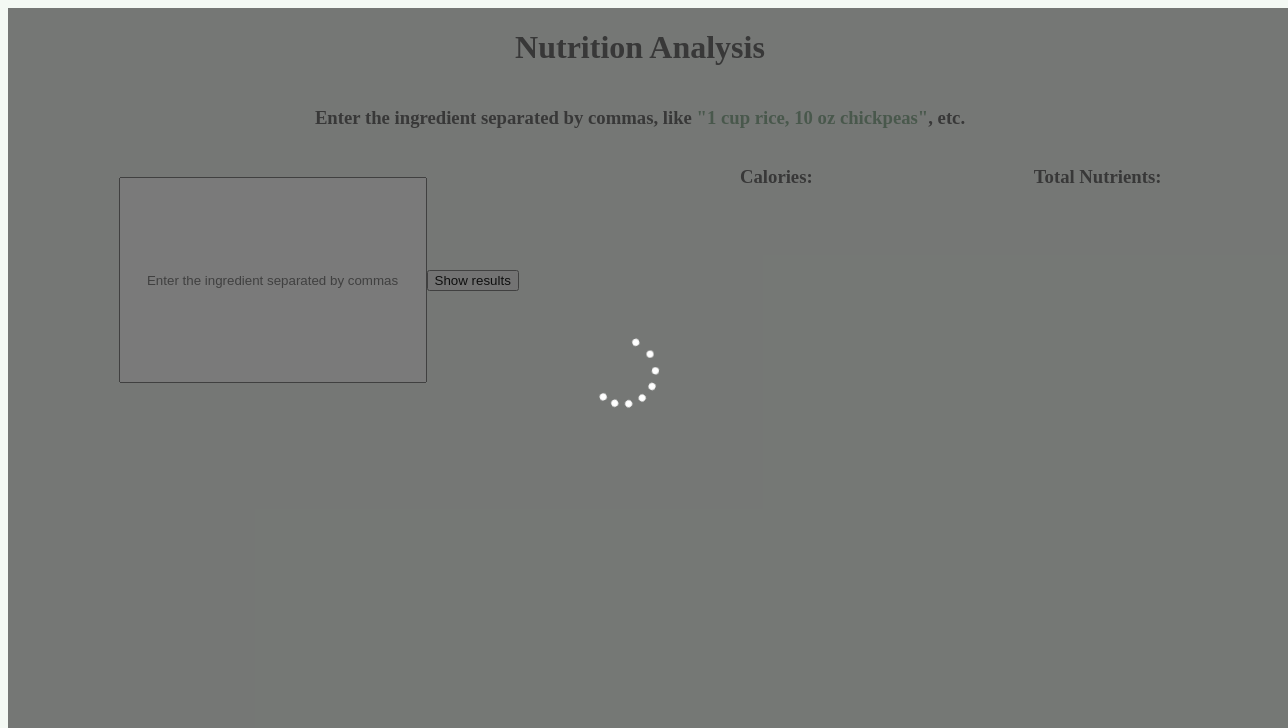
Repository: asya-aisa/nutrition-app
Page: /
The author's editor kept a copy of each file at every save. The page is drawn from the files as they stood at one save, then again after the next save.
The browser window is 1280 px wide. The page is 1288 px wide, so the pictures cover 1288 px, including what lies to the right of the window. The pictures show the whole page.
The page's requests for data from a server got no answer. The project was rebuilt for these pictures with package versions that can differ from the ones it lists, and the page was loaded fresh each time. No one was signed in, and anything a server would have sent is missing. Also part of the build but not shown: src/MyComponent.js.

Above is the page before, as saved 2023-09-25 20:57:51.

### src/App.js

import { useEffect, useState } from 'react';
import './App.css';
import MyComponent from './MyComponent';
import LoaderPage from './Loader/LoaderPage';

function App() {

  const [userText, setUserText] = useState({
    ingr: ["1 apple", "2 banana"]
  })

  const [bodyText, setBodyText] = useState({ingr: ["1 apple", "2 banana"]})
  const [nutrientsArray, setNutrientsArray] = useState([])
  const [caloriesState, setCaloriesState] = useState('')

  const [stateLoader, setStateLoader] = useState(false)

  useEffect(() => {
    const getNutrients = async () => {
      setStateLoader(true)

      const response = await fetch('https://api.edamam.com/api/nutrition-details?app_id=bce19124&app_key=%20d13039e09e0cad1255cc69b09c620945%09', {
        method: 'POST',
        headers: {
          'Content-Type': 'application/json;charset=utf-8'
        },
        body: JSON.stringify(bodyText)
      })
      const data = await response.json()
      setCaloriesState(data.calories)

      let nutrients = data.totalNutrients

      if(nutrients === undefined || nutrients === null) {
        alert('error')
        setStateLoader(false)
      }
      else{setNutrientsArray(Object.values(data.totalNutrients))
        setStateLoader(false)
      }
    }
    getNutrients()
  }, [bodyText])

  const handleInput = (e) => {
    setUserText({ingr: e.target.value.split(',')})
  }

  const changeBody = (e) => {
    e.preventDefault()
    setBodyText(userText)
  }

  return (<div>
{stateLoader && <LoaderPage />}
        <div className='cont'>
          <h1>Nutrition Analysis</h1>
        </div>

        <div className='cont'>
          <h3>Enter the ingredient separated by commas, like <span>"1 cup rice, 10 oz chickpeas"</span>, etc.</h3>
        </div>
      <div className="App">
      <form>
        <input type='text' onChange={handleInput} placeholder='Enter the ingredient separated by commas' />
        <button onClick={changeBody}>Show results</button>
      </form>
      <h3>Calories: {caloriesState}</h3>

      <div>
        <h3>Total Nutrients:</h3>
        {nutrientsArray.map((elem, index) => (
        <MyComponent
        key={index}
        label={elem.label}
        quantity={elem.quantity.toFixed()}
        unit={elem.unit}/>

        ))}

      </div>

    </div>
    </div>);
}

export default App;

### src/App.css
body {
  background-color: #F4F9F4;
  color: #616161;
}
.App {
  display: flex;
  justify-content: space-around;
}
ul, li {
  list-style: none;
  margin: 3px;
  padding: 0px;
}
input {
  margin-top: 30px;
  width: 300px;
  height: 200px;
}
.cont {
  display: flex;
  justify-content: center;
}
input::placeholder {
  text-align: center;
}
span {
  color: #8AAE92;
}

### src/Loader/LoaderPage.js
import './style.css';
import Loader from "./Loader"

const LoaderPage = () => {
    return(<div className="container_loader">
        <Loader />
    </div>)
}
export default LoaderPage;

### src/Loader/style.css
.container_loader {
    position: absolute;
    width: 100%;
    height: 100%;
    background-color: #1a1a1a94;
    }

    .lds-roller {
    position: absolute;
    top: 45%;
    left: 45%;
    }

    .lds-roller div {
    animation: lds-roller 1.2s cubic-bezier(0.5, 0, 0.5, 1) infinite;
    transform-origin: 40px 40px;
    }

    .lds-roller div:after {
    content: " ";
    display: block;
    position: absolute;
    width: 7px;
    height: 7px;
    border-radius: 50%;
    background: #fff;
    margin: -4px 0 0 -4px;
    z-index: 2;
    }

    .lds-roller div:nth-child(1) {
    animation-delay: -0.036s;
    }

    .lds-roller div:nth-child(1):after {
    top: 63px;
    left: 63px;
    }

    .lds-roller div:nth-child(2) {
    animation-delay: -0.072s;
    }

    .lds-roller div:nth-child(2):after {
    top: 68px;
    left: 56px;
    }

    .lds-roller div:nth-child(3) {
    animation-delay: -0.108s;
    }

    .lds-roller div:nth-child(3):after {
    top: 71px;
    left: 48px;
    }

    .lds-roller div:nth-child(4) {
    animation-delay: -0.144s;
    }

    .lds-roller div:nth-child(4):after {
    top: 72px;
    left: 40px;
    }

    .lds-roller div:nth-child(5) {
    animation-delay: -0.18s;
    }

    .lds-roller div:nth-child(5):after {
    top: 71px;
    left: 32px;
    }

    .lds-roller div:nth-child(6) {
    animation-delay: -0.216s;
    }

    .lds-roller div:nth-child(6):after {
    top: 68px;
    left: 24px;
    }

    .lds-roller div:nth-child(7) {
    animation-delay: -0.252s;
    }

    .lds-roller div:nth-child(7):after {
    top: 63px;
    left: 17px;
    }

    .lds-roller div:nth-child(8) {
    animation-delay: -0.288s;
    }

    .lds-roller div:nth-child(8):after {
    top: 56px;
    left: 12px;
    }

    @keyframes lds-roller {
    0% {
    transform: rotate(0deg);
    }

    100% {
    transform: rotate(360deg);
    }
    }

### src/Loader/Loader.js
import './style.css';
const Loader = () => {
    return(<div className="lds-roller">
        <div></div>
        <div></div>
        <div></div>
        <div></div>
        <div></div>
        <div></div>
        <div></div>
        <div></div>
    </div>)
}

export default Loader;

Loaded but not shown: public/index.html (common file); src/index.js (common file); src/reportWebVitals.js (common file)

After the next save:
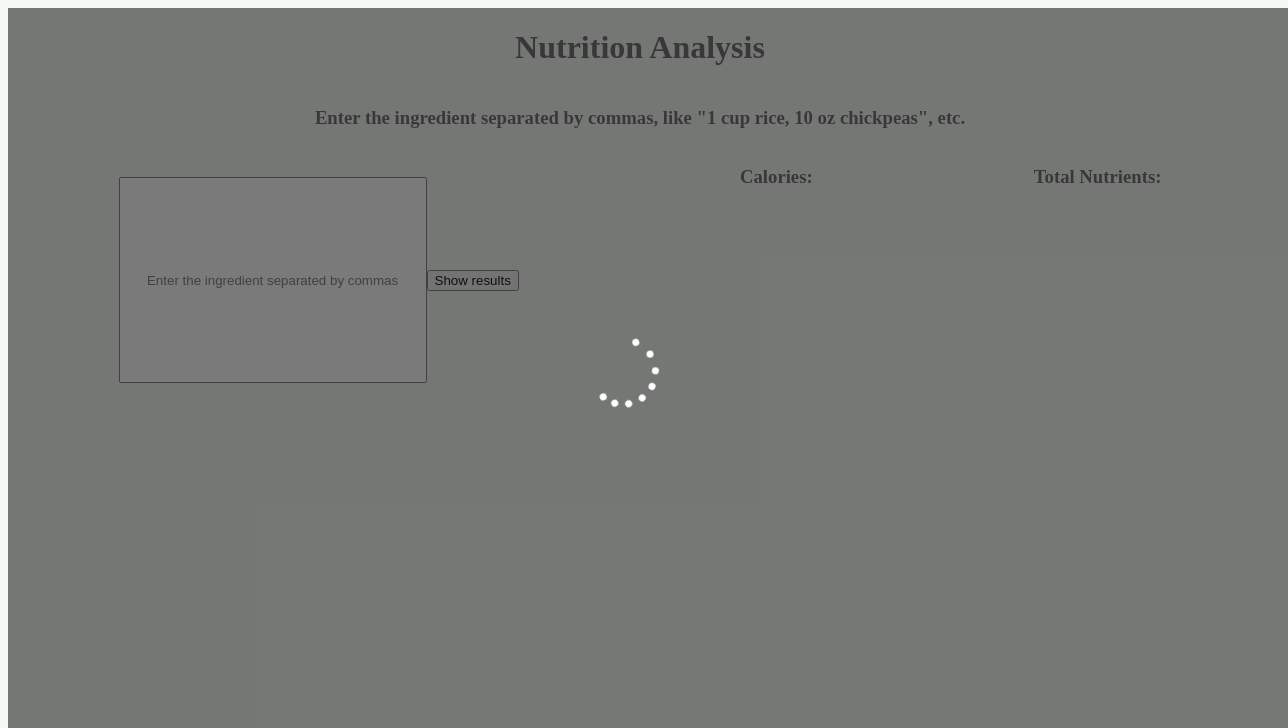
Saved 35 s later.
--- a/src/App.css
+++ b/src/App.css
@@ -23,6 +23,7 @@
 input::placeholder {
   text-align: center;
 }
+input::
 span {
   color: #8AAE92;
 }

After the save that followed:
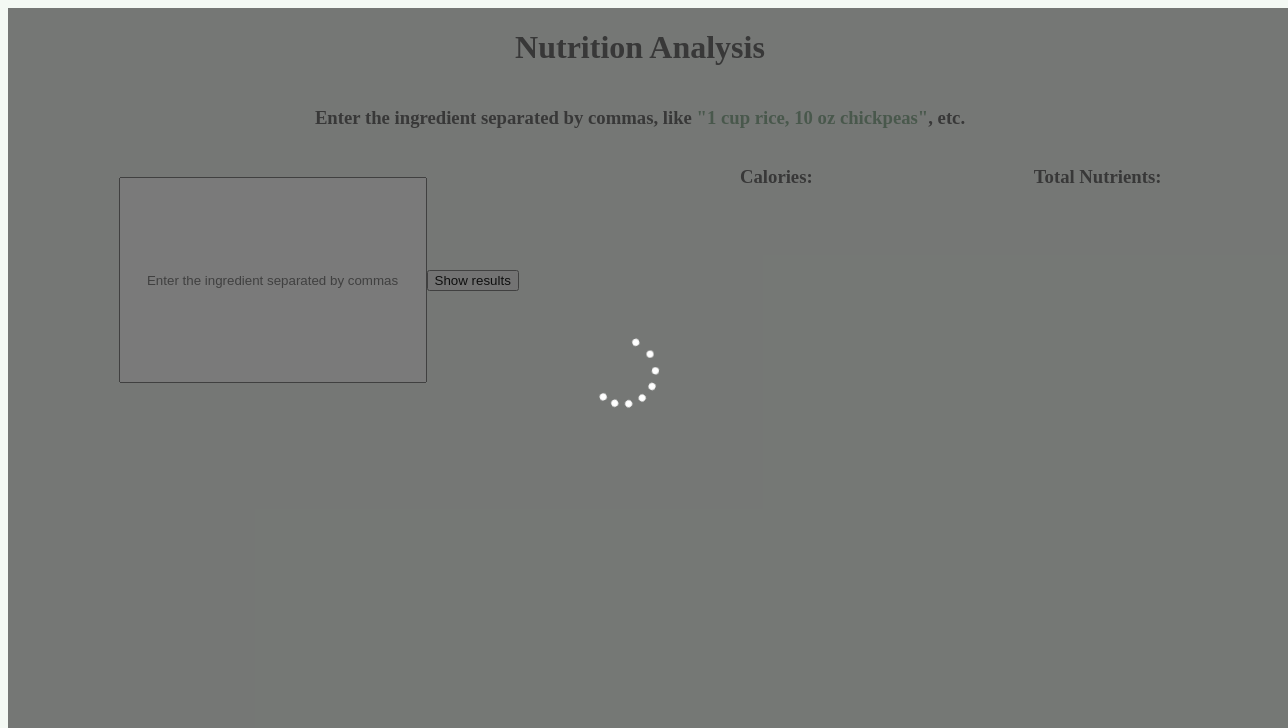
Saved 7 s later.
--- a/src/App.css
+++ b/src/App.css
@@ -23,7 +23,9 @@
 input::placeholder {
   text-align: center;
 }
-input::
+input::content {
+
+}
 span {
   color: #8AAE92;
 }
